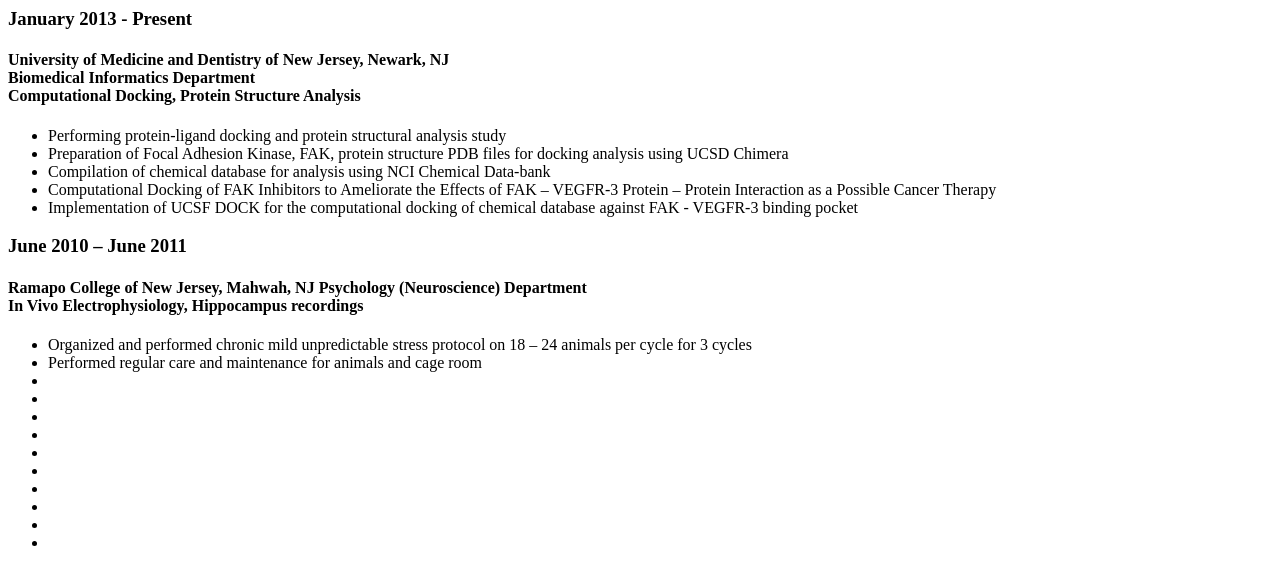
Repository: gmihalik/resume-website
Page: views/research.html
The author's editor kept a record of every edit. The page is drawn from the files as they stood at one moment, then again after the next edit.
The browser window is 1280 px wide. The pictures show the whole page.

Above is the page before.

### views/research.html
<h3>January 2013 - Present</h3>
<h4>University of Medicine and Dentistry of New Jersey, Newark, NJ
<br>Biomedical Informatics Department <br>Computational Docking, Protein Structure Analysis</h4>
<p>
<ul>
    <li>Performing protein-ligand docking and protein structural analysis study</li>
    <li>Preparation of Focal Adhesion Kinase, FAK, protein structure PDB files for docking analysis using UCSD Chimera</li>
    <li>Compilation of chemical database for analysis using NCI Chemical Data-bank</li>
    <li>Computational Docking of FAK Inhibitors to Ameliorate the Effects of FAK – VEGFR-3 Protein – Protein Interaction as a Possible Cancer Therapy</li>
    <li>Implementation of UCSF DOCK for the computational docking of chemical database against FAK - VEGFR-3 binding pocket</li>
</ul>
</p>


<h3>June 2010 – June 2011</h3>
<h4>Ramapo College of New Jersey, Mahwah, NJ Psychology (Neuroscience) Department
<br>In Vivo Electrophysiology, Hippocampus recordings</h4>
<p>
<ul>
    <li>Organized and performed chronic mild unpredictable stress protocol on 18 – 24 animals per cycle for 3 cycles</li>
    <li>Performed regular care and maintenance for animals and cage room</li>
    <li></li>
    <li></li>
    <li></li>
    <li></li>
    <li></li>
    <li></li>
    <li></li>
    <li></li>
    <li></li>
    <li></li>
</ul>
</p>

After the next edit:
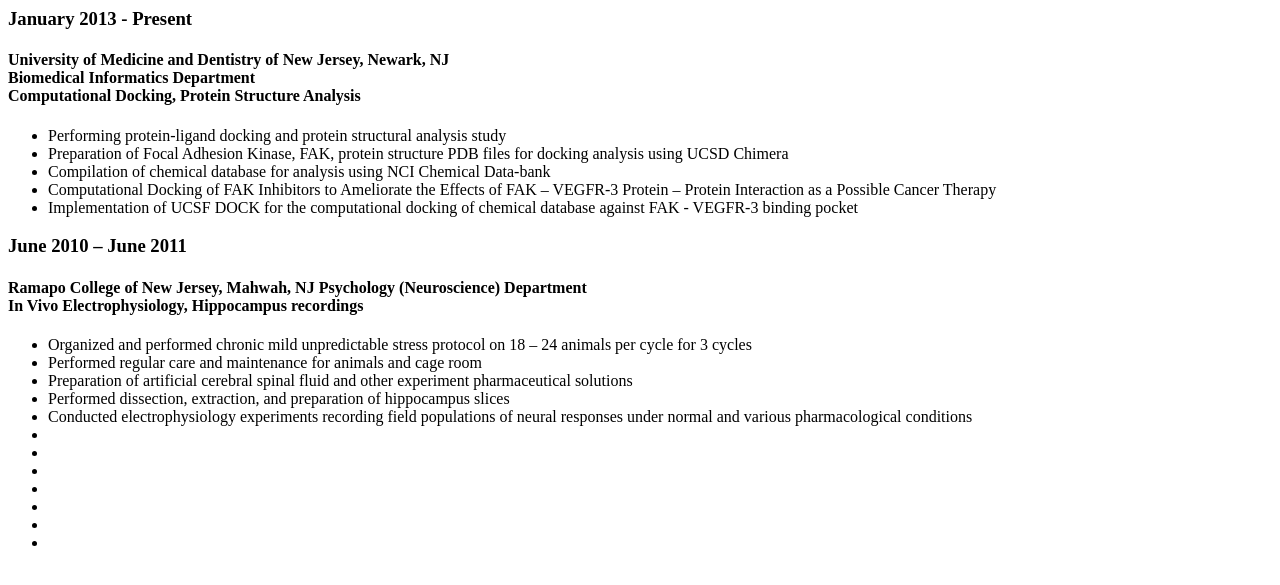
The edit:
--- a/views/research.html
+++ b/views/research.html
@@ -19,9 +19,9 @@
 <ul>
     <li>Organized and performed chronic mild unpredictable stress protocol on 18 – 24 animals per cycle for 3 cycles</li>
     <li>Performed regular care and maintenance for animals and cage room</li>
-    <li></li>
-    <li></li>
-    <li></li>
+    <li>Preparation of artificial cerebral spinal fluid and other experiment pharmaceutical solutions</li>
+    <li>Performed dissection, extraction, and preparation of hippocampus slices</li>
+    <li>Conducted electrophysiology experiments recording field populations of neural responses under normal and various pharmacological conditions</li>
     <li></li>
     <li></li>
     <li></li>
